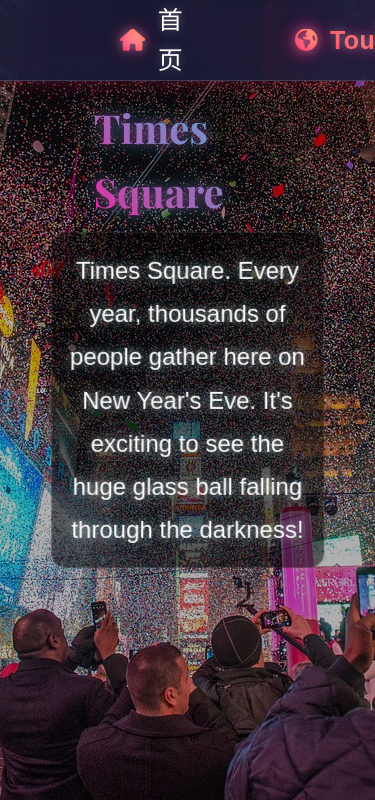
Repository: huang-heavenly-Emperor/NewYork
Page: times-square.html
An editor plug-in stored every save of this project. The page is shown before and after the next save, followed by the edit.
The browser window is 375 px wide. The pictures show the whole page.

Above is the page before, as saved 2024-12-12 10:12:19.

### times-square.html
<!DOCTYPE html>
<html lang="en">

<head>
  <meta charset="UTF-8">
  <meta name="viewport" content="width=device-width, initial-scale=1.0">
  <title>Times Square - NYC</title>
  <link rel="stylesheet" href="css/times-square.css">
  <link rel="stylesheet" href="https://cdnjs.cloudflare.com/ajax/libs/font-awesome/6.0.0/css/all.min.css">
  <link rel="stylesheet" href="css/animations.css">
  <link rel="stylesheet" href="css/style.css">
  <link href="https://fonts.googleapis.com/css2?family=Playfair+Display:wght@700&family=Inter:wght@400;500&display=swap"
    rel="stylesheet">
</head>

<body>
  <nav class="main-nav">
    <ul class="nav-links">
      <li>
        <a href="index.html">
          <i class="fas fa-home"></i>
          首页
        </a>
      </li>
      <li class="dropdown">
        <a href="tour.html" class="active">
          <i class="fas fa-globe-americas"></i>
          Tour
        </a>
        <ul class="dropdown-menu">
          <li>
            <a href="#">
              <i class="fas fa-torii-gate"></i>
              Asia
            </a>
          </li>
          <li>
            <a href="#">
              <i class="fas fa-sun"></i>
              Africa
            </a>
          </li>
          <li>
            <a href="#">
              <i class="fas fa-landmark"></i>
              Europe
            </a>
          </li>
          <li class="nested-dropdown">
            <a href="#">
              <i class="fas fa-flag-usa"></i>
              America
            </a>
            <ul class="nested-dropdown-menu">
              <li class="usa-dropdown">
                <a href="tour.html">
                  <i class="fas fa-star"></i>
                  The USA
                </a>
                <ul class="usa-dropdown-menu">
                  <li>
                    <a href="wall-street.html" >
                      <i class="fas fa-chart-line"></i>
                      Wall Street
                    </a>
                  </li>
                  <li>
                    <a href="times-square.html" class="active">
                      <i class="fas fa-city"></i>
                      Times Square
                    </a>
                  </li>
                  <li>
                    <a href="central-park.html">
                      <i class="fas fa-tree"></i>
                      Central Park
                    </a>
                  </li>
                  <li>
                    <a href="broadway.html">
                      <i class="fas fa-theater-masks"></i>
                      Broadway
                    </a>
                  </li>
                </ul>
              </li>
            </ul>
          </li>
          <li>
            <a href="others.html">
              <i class="fas fa-ellipsis-h"></i>
              Others
            </a>
          </li>
        </ul>
      </li>
      <li>
        <a href="camera.html">
          <i class="fas fa-camera"></i>
          Camera
        </a>
      </li>
      <li>
        <a href="print.html">
          <i class="fas fa-print"></i>
          Print
        </a>
      </li>
    </ul>
  </nav>

  <div class="banner">
    <img src="images/2.jpg" alt="Times Square">
    <h1>Times Square</h1>
  </div>

  <article class="content">
    <p class="article-text">
      Times Square. Every year, thousands of people gather here on New Year's Eve. It's exciting to see the huge glass ball falling through the darkness!
    </p>
  </article>
</body>

</html>

### css/times-square.css
/* 基础样式 */
* {
    margin: 0;
    padding: 0;
    box-sizing: border-box;
}

body {
    font-family: 'Inter', sans-serif;
    line-height: 1.6;
    color: #ffffff;
    background: #000000;
    height: 100vh;
    overflow: hidden;
}

/* Banner区域 */
.banner {
    position: relative;
    width: 100vw;
    height: 100vh;
    overflow: hidden;
}

.banner img {
    width: 100%;
    height: 100%;
    object-fit: cover;
    filter: brightness(0.7);
    animation: zoomIn 1.5s ease-out forwards;
}

.banner h1 {
    position: absolute;
    top: 20%;
    left: 50%;
    transform: translate(-50%, -50%);
    font-family: 'Playfair Display', serif;
    font-size: 5rem;
    background: linear-gradient(45deg, #FF1493, #00FFFF);
    -webkit-background-clip: text;
    -webkit-text-fill-color: transparent;
    text-shadow:
        0 0 10px rgba(255, 20, 147, 0.5),
        0 0 20px rgba(0, 255, 255, 0.5);
    opacity: 0;
    animation: titleReveal 1.2s ease-out 0.8s forwards;
}

/* 文章内容 */
.content {
    position: absolute;
    top: 50%;
    left: 50%;
    transform: translate(-50%, -50%);
    max-width: 800px;
    width: 90%;
    padding: 2rem;
    z-index: 2;
    opacity: 0;
    animation: contentFadeIn 1s ease-out 1.5s forwards;
}

.article-text {
    font-size: 35px;
    line-height: 1.8;
    color: #ffffff;
    text-align: center;
    text-shadow:
        0 0 10px rgba(255, 255, 255, 0.5),
        0 0 20px rgba(0, 255, 255, 0.3);
    background: rgba(0, 0, 0, 0.5);
    padding: 2rem;
    border-radius: 15px;
    backdrop-filter: blur(10px);
    border: 1px solid rgba(255, 255, 255, 0.1);
}

/* 动画定义 */
@keyframes zoomIn {
    0% {
        transform: scale(1.2);
        filter: brightness(0);
    }
    100% {
        transform: scale(1);
        filter: brightness(0.7);
    }
}

@keyframes titleReveal {
    0% {
        opacity: 0;
        transform: translate(-50%, -20%);
        letter-spacing: 15px;
        text-shadow:
            0 0 20px rgba(255, 20, 147, 0.8),
            0 0 40px rgba(0, 255, 255, 0.8);
    }
    100% {
        opacity: 1;
        transform: translate(-50%, -50%);
        letter-spacing: normal;
        text-shadow:
            0 0 10px rgba(255, 20, 147, 0.5),
            0 0 20px rgba(0, 255, 255, 0.5);
    }
}

@keyframes contentFadeIn {
    0% {
        opacity: 0;
        transform: translate(-50%, -30%);
    }
    100% {
        opacity: 1;
        transform: translate(-50%, -50%);
    }
}

/* 响应式设计 */
@media (max-width: 768px) {
    .banner h1 {
        font-size: 3rem;
    }

    .article-text {
        font-size: 28px;
        padding: 1.5rem;
    }
}

@media (max-width: 480px) {
    .banner h1 {
        font-size: 2.5rem;
    }

    .article-text {
        font-size: 24px;
        padding: 1rem;
    }
}

### css/animations.css
/* 开屏动画 */
@keyframes fadeInScale {
  0% {
    opacity: 0;
    transform: scale(0.9);
  }
  50% {
    opacity: 0.5;
    transform: scale(1.02);
  }
  100% {
    opacity: 1;
    transform: scale(1);
  }
}

@keyframes slideInFromBottom {
  0% {
    opacity: 0;
    transform: translate(-50%, 50px);
  }
  60% {
    opacity: 0.8;
    transform: translate(-50%, -5px);
  }
  80% {
    transform: translate(-50%, 2px);
  }
  100% {
    opacity: 1;
    transform: translate(-50%, 0);
  }
}

@keyframes slideInFromTop {
  0% {
    opacity: 0;
    transform: translateY(-30px);
  }
  100% {
    opacity: 1;
    transform: translateY(0);
  }
}

@keyframes fadeInRotate {
  0% {
    opacity: 0;
    transform: rotate(-10deg) scale(0.95);
  }
  100% {
    opacity: 1;
    transform: rotate(0) scale(1);
  }
}

/* 导航栏画 */
.main-nav {
  animation: slideInFromTop 0.8s cubic-bezier(0.34, 1.56, 0.64, 1);
}

.nav-links li {
  opacity: 0;
  animation: fadeInRotate 0.6s cubic-bezier(0.34, 1.56, 0.64, 1) forwards;
}

.nav-links li:nth-child(1) { animation-delay: 0.2s; }
.nav-links li:nth-child(2) { animation-delay: 0.3s; }
.nav-links li:nth-child(3) { animation-delay: 0.4s; }
.nav-links li:nth-child(4) { animation-delay: 0.5s; }

/* 导航链接悬停效果 */
.nav-links a {
  transition: all 0.3s cubic-bezier(0.34, 1.56, 0.64, 1);
}

.nav-links a:hover {
  transform: translateY(-2px) scale(1.05);
  text-shadow: 0 2px 4px rgba(0, 0, 0, 0.2);
}

/* 火箭动画 */
.rocketManSVG {
  opacity: 0;
  animation: fadeInScale 1s cubic-bezier(0.23, 1, 0.32, 1) 1s forwards;
}

/* 星星动画 */
.star {
  opacity: 0;
  animation: fadeInRotate 0.8s cubic-bezier(0.34, 1.56, 0.64, 1) forwards;
}

.starContainer .star:nth-child(odd) {
  animation-delay: 0.5s;
}

.starContainer .star:nth-child(even) {
  animation-delay: 0.7s;
}

/* 卫星动画 */
.satellite {
  opacity: 0;
  animation: fadeInScale 1s cubic-bezier(0.23, 1, 0.32, 1) 1.2s forwards;
}

/* 标题动画 */
.demo--dancing-shadows__title {
  animation: fadeInScale 1.8s cubic-bezier(0.23, 1, 0.32, 1);
}

.text-wrapper {
  animation: fadeInScale 2s cubic-bezier(0.23, 1, 0.32, 1) 0.2s backwards;
}

/* CTA按钮动画 */
.cta-wrapper {
  position: fixed;
  bottom: 50px;
  left: 50%;
  transform: translateX(-50%);
  z-index: 1000;
  animation: slideInFromBottom 1.2s cubic-bezier(0.34, 1.56, 0.64, 1) 1.5s backwards;
  opacity: 1;
}

.cta-button {
  transition: all 0.5s cubic-bezier(0.34, 1.56, 0.64, 1);
  will-change: transform;
  position: relative;
  z-index: 1000;
  opacity: 1;
}

.cta-button:hover {
  transform: translateY(-6px) scale(1.03);
  box-shadow: 0 12px 35px rgba(255, 107, 107, 0.4);
  background: linear-gradient(135deg,
    rgba(255, 127, 127, 0.98),
    rgba(255, 127, 167, 0.98)
  );
  letter-spacing: 1px;
}

.cta-button:active {
  transform: translateY(-2px) scale(0.98);
  box-shadow: 0 6px 20px rgba(255, 107, 107, 0.4);
  transition: all 0.2s cubic-bezier(0.34, 1.56, 0.64, 1);
}

/* 文字悬停效果 */
.text-item {
  transition: all 0.4s cubic-bezier(0.34, 1.56, 0.64, 1);
  will-change: transform;
}

.text-item:hover {
  transform: translateY(-4px) scale(1.08);
  text-shadow: 0 0.15rem black,
               0 0.25rem black,
               0 0.35rem black,
               0 0.45rem black,
               0 0.65rem black,
               0 0.75rem rgba(255, 255, 255, 0.8),
               0 0.85rem rgba(255, 255, 255, 0.6);
}

/* 背景动画效果 */
.demo--dancing-shadows__title:before {
  transition: all 0.8s cubic-bezier(0.23, 1, 0.32, 1);
}

.demo--dancing-shadows__title:hover:before {
  filter: hue-rotate(25deg) brightness(1.15);
}

### css/style.css
/* 璀璨大气的配色方案 */
:root {
    --primary: #FF1E6C;
    --secondary: #2E8FFF;
    --accent-1: #9D3FFF;
    --accent-2: #00E5B8;
    --accent-3: #FFD700;
    --dark: #1C1C3A;
    --nav-bg: rgba(28, 28, 58, 0.85);
    --text-light: #ffffff;
    --text-dim: rgba(255, 255, 255, 0.9);

    /* 明亮绚丽的渐变 */
    --gradient-1: linear-gradient(45deg, #FF1E6C, #FF8E53);
    --gradient-2: linear-gradient(45deg, #2E8FFF, #00E5B8);
    --gradient-3: linear-gradient(45deg, #9D3FFF, #FF1E6C);
    --gradient-4: linear-gradient(45deg, #FFD700, #FF8E53);
    --gradient-nav: linear-gradient(90deg,
            rgba(255, 30, 108, 0.15),
            rgba(46, 143, 255, 0.15),
            rgba(157, 63, 255, 0.15));

    /* 炫彩光效 */
    --glow-primary: 0 0 20px rgba(255, 30, 108, 0.3);
    --glow-secondary: 0 0 20px rgba(46, 143, 255, 0.3);
    --glow-accent: 0 0 20px rgba(157, 63, 255, 0.3);

    --shadow-sm: 0 2px 8px rgba(255, 30, 108, 0.15);
    --shadow-md: 0 4px 20px rgba(157, 63, 255, 0.2);
    --shadow-lg: 0 8px 30px rgba(46, 143, 255, 0.25);
    --transition: all 0.4s cubic-bezier(0.4, 0, 0.2, 1);
}

body {
    margin: 0;
    padding: 0;
    font-family: 'Poppins', sans-serif;
    background: linear-gradient(135deg, var(--dark), #2A2A5A);
    color: var(--text-light);
    overflow-x: hidden;
}

li {
    list-style: none;
}

/* 现代导航栏样式 */
.main-nav {
    position: fixed;
    left: 0;
    top: 0;
    width: 100%;
    background: var(--nav-bg);
    backdrop-filter: blur(15px);
    z-index: 1000;
    border-bottom: 1px solid rgba(255, 255, 255, 0.15);
    box-shadow: var(--glow-primary);
}

/* 导航链接容器 */
.nav-links {
    display: flex;
    list-style: none;
    margin: 0;
    padding: 0 4rem;
    height: 80px;
}

.nav-links>li {
    position: relative;
    margin: 0 1.5rem;
}

/* 导航链接基础样式 */
.nav-links a {
    display: flex;
    align-items: center;
    padding: 0 2rem;
    height: 100%;
    color: var(--text-light);
    text-decoration: none;
    font-size: 25px;
    font-weight: 500;
    letter-spacing: 0.5px;
    transition: var(--transition);
    position: relative;
    z-index: 1;
    text-shadow: 0 0 10px rgba(255, 255, 255, 0.3);
}

/* 导航链接悬停效果 */
.nav-links>li>a::before {
    content: '';
    position: absolute;
    top: 50%;
    left: 0;
    width: 100%;
    height: 0;
    background: var(--gradient-nav);
    opacity: 0;
    transition: var(--transition);
    z-index: -1;
    border-radius: 8px;
}

.nav-links>li:hover>a::before {
    height: 85%;
    top: 8%;
    opacity: 1;
}

.nav-links>li>a::after {
    content: '';
    position: absolute;
    bottom: 0;
    left: 50%;
    width: 0;
    height: 3px;
    background: var(--gradient-1);
    transform: translateX(-50%);
    transition: var(--transition);
    box-shadow: var(--glow-primary);
}

.nav-links>li:hover>a::after {
    width: 100%;
}

/* 图标动画 */
.nav-links i {
    margin-right: 12px;
    font-size: 1.4rem;
    transition: var(--transition);
    background: var(--gradient-1);
    -webkit-background-clip: text;
    background-clip: text;
    -webkit-text-fill-color: transparent;
    filter: drop-shadow(0 0 8px rgba(255, 30, 108, 0.5));
}

.nav-links a:hover i {
    transform: translateY(-3px) scale(1.2);
    background: var(--gradient-4);
    -webkit-background-clip: text;
    background-clip: text;
    filter: drop-shadow(0 0 12px rgba(255, 215, 0, 0.6));
}

/* 下拉菜单容器 */
.dropdown-menu,
.nested-dropdown-menu,
.usa-dropdown-menu {
    position: absolute;
    background: rgba(28, 28, 58, 0.9);
    backdrop-filter: blur(20px);
    min-width: 280px;
    opacity: 0;
    visibility: hidden;
    transform: translateY(20px);
    transition: var(--transition);
    border-radius: 16px;
    padding: 1rem 0;
    border: 1px solid rgba(255, 255, 255, 0.2);
    box-shadow: var(--shadow-lg), var(--glow-secondary);
}

.dropdown-menu {
    top: 100%;
    left: 50%;
    transform: translateX(-50%) translateY(20px);
    margin-top: 0.5rem;
}

.nested-dropdown-menu,
.usa-dropdown-menu {
    top: 0;
    left: calc(100% + 0.5rem);
    transform: translateX(20px);
}

/* 特殊处理 America 的二级菜单 */
.usa-dropdown-menu {
    top: -0.5rem;
    /* 调整垂直位置与父菜单项对齐 */
}

/* 下拉菜单显示动画 */
.dropdown:hover>.dropdown-menu {
    opacity: 1;
    visibility: visible;
    transform: translateX(-50%) translateY(0);
}

.nested-dropdown:hover>.nested-dropdown-menu,
.usa-dropdown:hover>.usa-dropdown-menu {
    opacity: 1;
    visibility: visible;
    transform: translateX(0);
}

/* 为二级菜单创建更大的可hover区域 */
.nested-dropdown,
.usa-dropdown {
    position: relative;
    padding-right: 1.5rem;
    /* 为箭头图标留出空间 */
}

.nested-dropdown::before,
.usa-dropdown::before {
    content: '';
    position: absolute;
    top: -1rem;
    right: -1rem;
    bottom: -1rem;
    width: 3rem;
    /* 扩大可点击区域 */
    background: transparent;
}

/* 下拉菜单项样式 */
.dropdown-menu a,
.nested-dropdown-menu a,
.usa-dropdown-menu a {
    padding: 1.2rem 2rem;
    color: var(--text-dim);
    font-size: 22px;
    border-left: 3px solid transparent;
    background: linear-gradient(90deg, transparent, transparent);
    transition: var(--transition);
    white-space: nowrap;
}

.dropdown-menu a:hover,
.nested-dropdown-menu a:hover,
.usa-dropdown-menu a:hover {
    color: var(--text-light);
    background: var(--gradient-nav);
    border-left: 3px solid var(--primary);
    transform: translateX(5px);
    box-shadow: var(--glow-primary);
}

/* 下拉指示器 */
.dropdown>a::after {
    content: '▾';
    margin-left: 10px;
    font-size: 1.4em;
    transition: var(--transition);
    background: var(--gradient-1);
    -webkit-background-clip: text;
    background-clip: text;
    -webkit-text-fill-color: transparent;
    filter: drop-shadow(0 0 8px rgba(255, 30, 108, 0.5));
}

.nested-dropdown>a::after {
    content: '▸';
}

.dropdown:hover>a::after {
    transform: rotate(180deg);
    background: var(--gradient-4);
    -webkit-background-clip: text;
    background-clip: text;
    filter: drop-shadow(0 0 12px rgba(255, 215, 0, 0.6));
}

.nested-dropdown:hover>a::after {
    transform: rotate(90deg);
}

/* 激活状态 */
.nav-links a.active {
    background: var(--gradient-1);
    -webkit-background-clip: text;
    background-clip: text;
    -webkit-text-fill-color: transparent;
    font-weight: 600;
    filter: drop-shadow(0 0 8px rgba(255, 30, 108, 0.5));
}

.nav-links a.active::before {
    opacity: 0.2;
    height: 100%;
    top: 0;
}

/* 滚动效果 */
.main-nav.scrolled {
    background: var(--nav-bg);
    box-shadow: var(--shadow-md), var(--glow-primary);
}

/* Hero Section */
.hero {
    height: 100vh;
    background-image: url('https://images.unsplash.com/photo-1469854523086-cc02fe5d8800?ixlib=rb-4.0.3');
    background-size: cover;
    background-position: center;
    background-attachment: fixed;
    display: flex;
    align-items: center;
    justify-content: center;

    position: absolute;
    top: 0;
    left: 0;
    right: 0;
    bottom: 0;
    z-index: 2000;
}

.hero::before {
    content: '';
    position: absolute;
    top: 0;
    left: 0;
    right: 0;
    bottom: 0;
    background: linear-gradient(135deg,
            rgba(28, 28, 58, 0.7),
            rgba(46, 143, 255, 0.6),
            rgba(255, 30, 108, 0.5));
    backdrop-filter: blur(2px);
}

.hero-content {
    text-align: center;
    position: relative;
    z-index: 1;
    padding: 2rem;
}

After the next save:
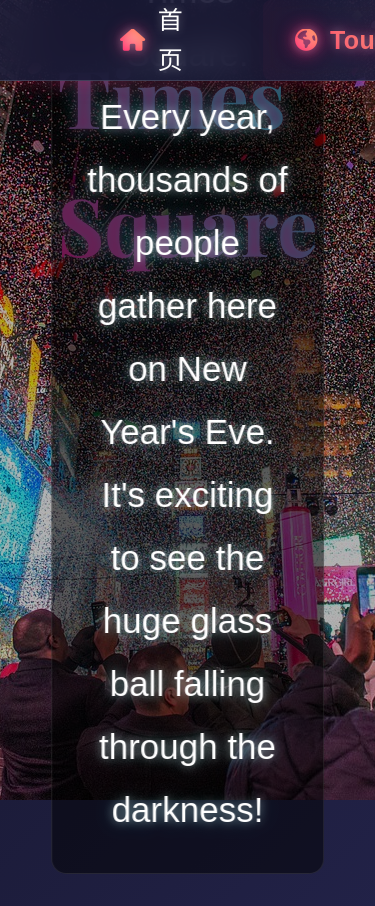
Saved 9 s later.
--- a/css/times-square.css
+++ b/css/times-square.css
@@ -117,26 +117,3 @@
         transform: translate(-50%, -50%);
     }
 }
-
-/* 响应式设计 */
-@media (max-width: 768px) {
-    .banner h1 {
-        font-size: 3rem;
-    }
-
-    .article-text {
-        font-size: 28px;
-        padding: 1.5rem;
-    }
-}
-
-@media (max-width: 480px) {
-    .banner h1 {
-        font-size: 2.5rem;
-    }
-
-    .article-text {
-        font-size: 24px;
-        padding: 1rem;
-    }
-}
